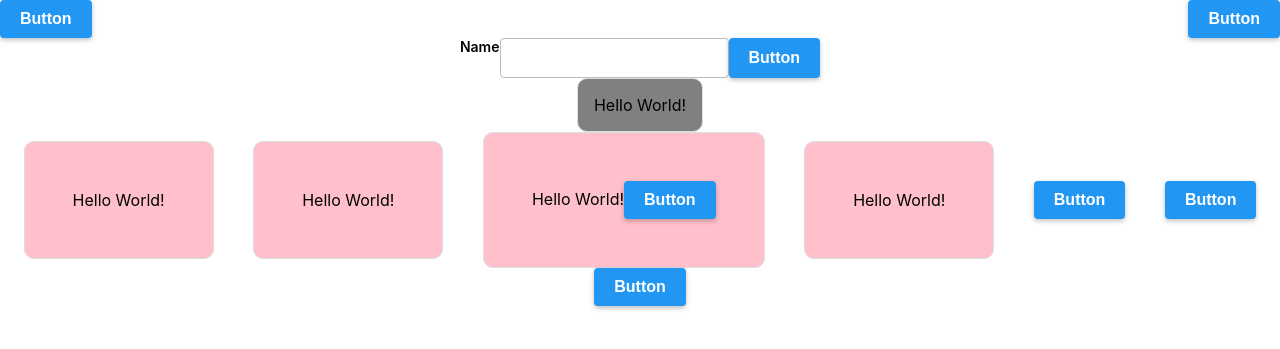
Repository: roistyx/react
Page: /layouts (app in layouts-app/)
These files come from the project's save history. The page is drawn as it stood at one moment and after the next save; the edit follows.
The browser window is 1280 px wide. The pictures show the whole page.
The project was rebuilt for these pictures with package versions that can differ from the ones it lists, and the page was loaded fresh each time.

Above is the page before, as saved 2023-04-27 14:35:45.

After the next save:
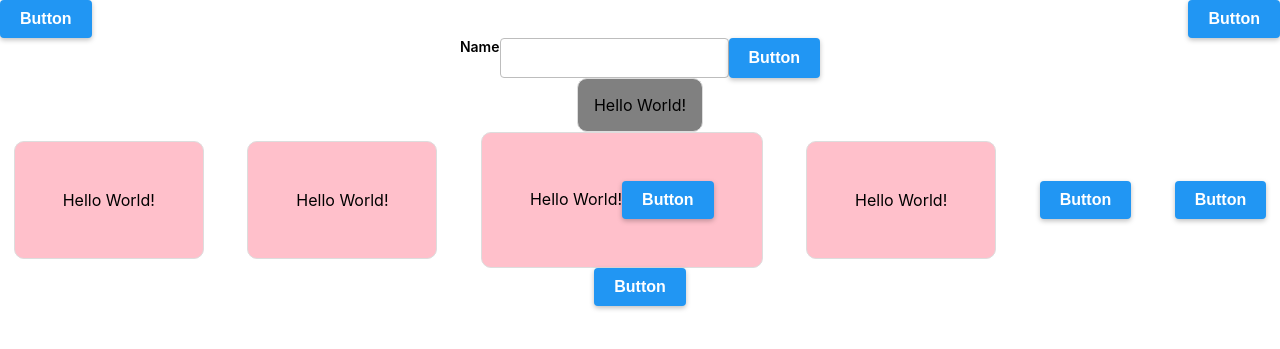
Saved 9 s later.
--- a/layouts-app/src/layouts/Line.js
+++ b/layouts-app/src/layouts/Line.js
@@ -13,7 +13,7 @@ export const Center = (props) => {
 };
 
 export const SpaceEvenly = (props) => {
-	return <Line {...props} addClass="evenly" />;
+	return <Line {...props} addClass="around" />;
 };
 
 export const Rows = (props) => {
